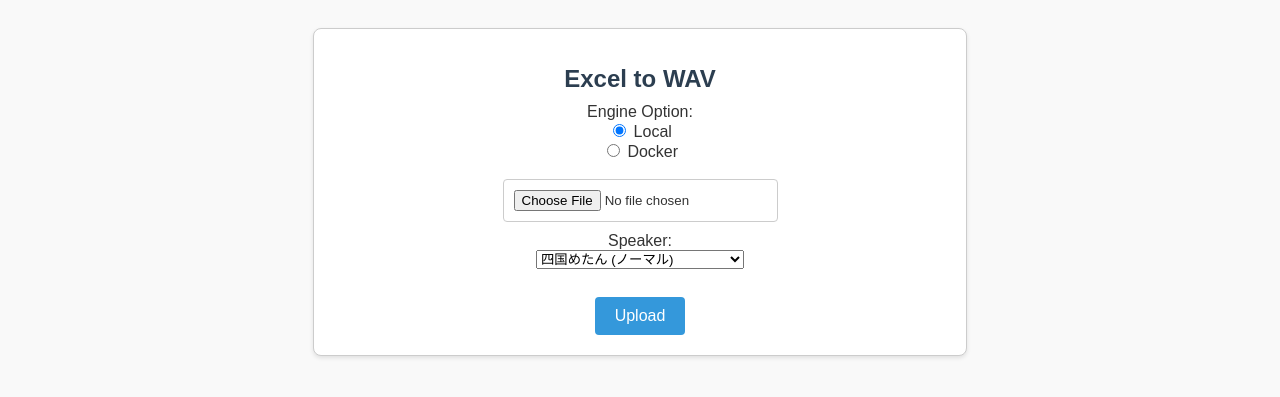
Repository: limonene213u/Excel-to-VOICE
Page: http://localhost/
The author's editor kept a copy of each file at every save. The page is drawn from the files as they stood at one save, then again after the next save.
The browser window is 1280 px wide. The pictures show the whole page.
The page is served by the project's application, run on Flask 3 (volume/app.py).

Above is the page before, as saved 2023-10-11 01:28:54.

### volume/templates/index.html
<!DOCTYPE html>
<html lang="ja">
<head>
    <meta charset="UTF-8">
    <meta name="viewport" content="width=device-width, initial-scale=1.0">
    <title>VOICEVOX Excel to WAV</title>
    <style>
        body {
            font-family: Arial, sans-serif;
            padding: 20px;
            text-align: center;
            background-color: #f9f9f9;
            color: #333;
        }
        #upload-form {
            margin: auto;
            width: 50%;
            padding: 20px;
            border: 1px solid #ccc;
            border-radius: 8px;
            background-color: #fff;
            box-shadow: 0 2px 4px rgba(0,0,0,0.1);
        }
        #upload-form h1 {
            margin-bottom: 10px;
            font-size: 24px;
            color: #2c3e50;
        }
        #upload-form input[type="file"] {
            margin-bottom: 10px;
            padding: 10px;
            border: 1px solid #ccc;
            border-radius: 4px;
        }
        #upload-button {
            margin-top: 10px;
            padding: 10px 20px;
            border: none;
            border-radius: 4px;
            background-color: #3498db;
            color: #fff;
            font-size: 16px;
            cursor: pointer;
        }
        #upload-button:hover {
            background-color: #2980b9;
        }
    </style>
</head>
<body>
    <div id="upload-form">
        <h1>Excel to WAV</h1>
    <form action="/upload" method="post" enctype="multipart/form-data">
        <label for="engine-option">Engine Option:</label><br>
        <input type="radio" id="local-engine" name="engine-option" value="local" checked>
        <label for="local-engine">Local</label><br>
        <input type="radio" id="docker-engine" name="engine-option" value="docker">
        <label for="docker-engine">Docker</label><br><br>
        <input type="file" name="file" accept=".xlsx" required>
        <br>
        <label for="speaker-id">Speaker:</label><br>
        <select id="speaker-id" name="speaker-id">
            <option value="2">四国めたん (ノーマル)</option>
            <option value="0">四国めたん (あまあま)</option>
            <option value="36">四国めたん (ささやき)</option>
            <option value="3">ずんだもん (ノーマル)</option>
            <option value="1">ずんだもん (あまあま)</option>
            <option value="22">ずんだもん (ささやき)</option>
            <option value="38">ずんだもん (ひそひそ)</option>
            <option value="23">WhiteCUL (ノーマル)</option>
            <option value="24">WhiteCUL (たのしい)</option>
            <option value="25">WhiteCUL (かなしい)</option>
            <option value="26">WhiteCUL (びえーん)</option>
            <option value="30">No.7 (アナウンス)</option>
            <option value="31">No.7 (読み聞かせ)</option>
            <!-- ... 他の話者のオプションを追加するにゃん -->
            <option value="50">ナースロボ＿タイプＴ (内緒話)</option>
        </select><br><br>
        <input type="submit" value="Upload" id="upload-button">
    </form>
</body>
</html>

### volume/app.py
# app.py
from flask import Flask, render_template, request, send_file, jsonify, redirect, url_for, send_from_directory, Blueprint, make_response
import openpyxl
import requests
import json
import wave

app = Flask(__name__, static_folder='./static', template_folder='./templates')

@app.route('/')
def index():
    return render_template('index.html')

@app.route('/upload', methods=['POST'])
def upload_file():
    file = request.files['file']
    engine_option = request.form['engine-option']
    speaker_id = request.form['speaker-id']  # ドロップダウンメニューの値を取得するにゃん
    single_column = request.form.get('single_column') == 'on'  # チェックボックスの値を取得するにゃん
    engine_url = 'http://host.docker.internal:50021' if engine_option == 'local' else 'http://voicevox:50021'

    if file:
        # Excelファイルを処理
        workbook = openpyxl.load_workbook(file)
        sheet = workbook.active

        wav_data = b''  # 連結された音声データを保持するにゃん

        # A2から開始し、B列の末尾まで処理するにゃん
        for row_idx in range(2, sheet.max_row + 1):
            if single_column:  # チェックボックスがオンの場合はA列のみを処理するにゃん
                col_idx = 1
                process_cell(sheet.cell(row=row_idx, column=col_idx))
            else:  # チェックボックスがオフの場合はA列→B列の順に処理するにゃん
                for col_idx in range(1, 3):
                    process_cell(sheet.cell(row=row_idx, column=col_idx))
        def process_cell(cell):
            cell_value = cell.value
            if cell_value:
                # 音声化する文言と話者を指定(3で標準ずんだもんになる)
                params = (
                    ('text', cell_value),
                    ('speaker', speaker_id),  # ドロップダウンメニューで選択された話者IDを使用するにゃん
                )
                # 音声合成用のクエリ作成
                query = requests.post(
                    f'{engine_url}/audio_query',  # エンジンのURLを動的に変更するにゃん
                    params=params
                )
                # 音声合成を実施
                synthesis = requests.post(
                    f'{engine_url}/synthesis',  # エンジンのURLを動的に変更するにゃん
                    headers={"Content-Type": "application/json"},
                    params=params,
                    data=json.dumps(query.json())
                )
                wav_data += synthesis.content  # 連結するにゃん

        # wavファイルを保存
        wav_file_path = 'output.wav'
        with wave.open(wav_file_path, 'wb') as wav_file:
            wav_file.setnchannels(1)
            wav_file.setsampwidth(2)  # 16-bit PCM
            wav_file.setframerate(24000)
            wav_file.writeframes(wav_data)

        return send_file(wav_file_path, as_attachment=True)

if __name__ == '__main__':
    app.run(host='0.0.0.0', port=5000, debug=True)

After the next save:
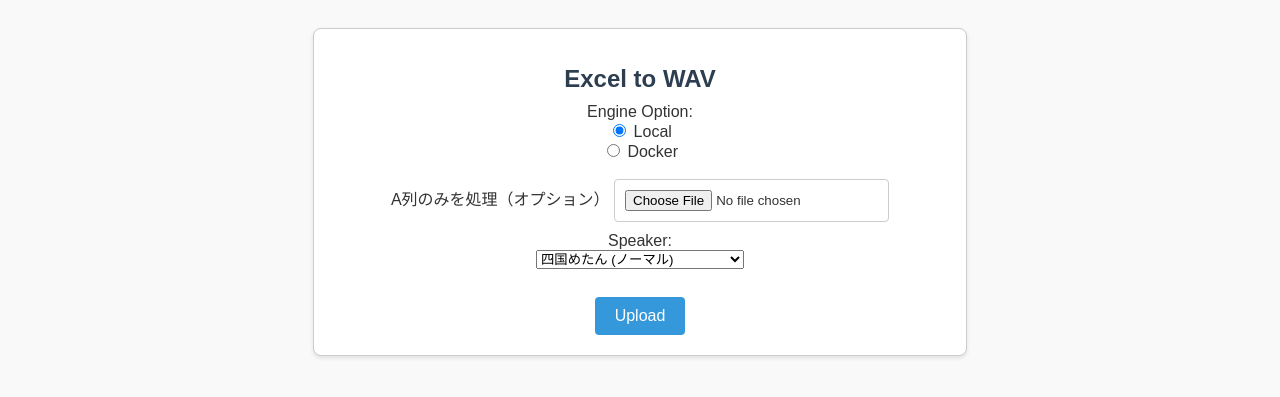
Saved 55 s later.
--- a/volume/templates/index.html
+++ b/volume/templates/index.html
@@ -56,6 +56,7 @@
         <label for="local-engine">Local</label><br>
         <input type="radio" id="docker-engine" name="engine-option" value="docker">
         <label for="docker-engine">Docker</label><br><br>
+        <label for="single_column">A列のみを処理（オプション）</label>
         <input type="file" name="file" accept=".xlsx" required>
         <br>
         <label for="speaker-id">Speaker:</label><br>
